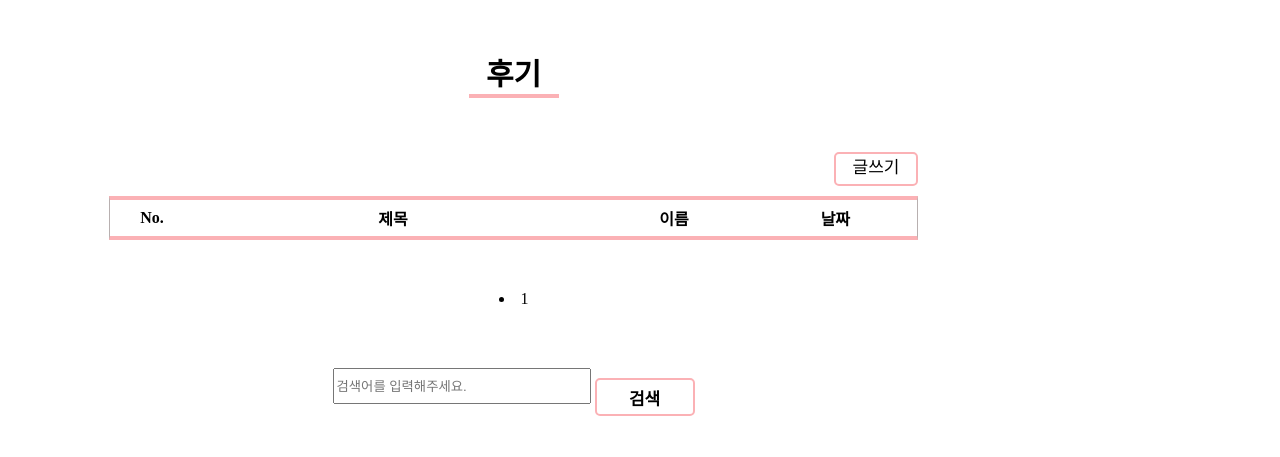
Repository: seugju/HSDsemi
Page: http://localhost/studioMood/postList?reqPage=1
An editor plug-in stored every save of this project. The page is shown before and after the next save, followed by the edit.
The browser window is 1280 px wide. The pictures show the whole page.
The page is served by Tomcat 9. Other server files are loaded and not shown. Queries for data that is not in the repository find no rows.

Above is the page before, as saved 2020-11-25 06:24:53.

### project-workspace/studioMood/WebContent/WEB-INF/views/post/postList.jsp
<%@page import="member.model.vo.Member"%>
<%@page import="java.util.ArrayList"%>
<%@page import="post.model.vo.Post"%>
<%@ page language="java" contentType="text/html; charset=UTF-8"
    pageEncoding="UTF-8"%>
    <%
    ArrayList<Post> list = (ArrayList<Post>)request.getAttribute("list");
    String pageNavi = (String)request.getAttribute("pageNavi");
    Member m = (Member)session.getAttribute("member");
    %>
<!DOCTYPE html PUBLIC "-//W3C//DTD HTML 4.01 Transitional//EN" "http://www.w3.org/TR/html4/loose.dtd">
<html>
<head>
<meta http-equiv="Content-Type" content="text/html; charset=UTF-8">
<title>Insert title here</title>
   <style>
        .content{
            width: 80%;

        }
        .content *{
            margin: 0 auto;
        }
        .pink{
            margin-top: 50px;
            width: 90px;
            text-align: center;
            font-weight: bold;
            font-size: 30px;
            border-bottom: 4px solid #FBB1B5;
        }
         .post-table>tbody>tr>td{
            border-top: 1px solid #b8b0b0;
        }
        .post-table{
            width: 80%;
            border-top: 4px solid #FBB1B5;
            border-left: 1px solid #b8b0b0;
            border-bottom: 4px solid #FBB1B5;
            border-right: 1px solid #b8b0b0;
        }
        .post-table>tbody>tr>td{
         text-align: center;
        }
       .post-table>tbody>tr>td>a{
       text-decoration: none;
            color: black;

       }
        .post-table>tbody>tr>th{
        height : 30px;
        }
       .write>a{
            text-decoration: none;
            color: black;
            display: inline-block;
            width: 80px;
            height: 30px;
            line-height: 28px;
            font-size: 17px;
            text-align: center;
            background-color: white;
            border: 2px solid #FBB1B5;
            border-radius: 5px;
        }
        .write{
            width: 80%;
            text-align: right;
            margin-bottom: 10px;
        }
        .post{
            width: 80%;
            text-align: center;
        }
        .search-text{
            width: 250px;
            height: 30px;
        }
        .btn-post{
            margin-top: 20px;
            width: 100px;
            height: 38px;
            font-weight: bold;
            font-size: 17px;
            background-color: white;
            border: 2px solid #FBB1B5;
            border-radius: 5px;
            vertical-align:middle;
        }
        #pageNavi{
            text-align: center;
            margin: 50px;
        }
    </style>
</head>
<body>
  <div class="content">
   <section>
       <div class="pink">후기</div>
       <br>
       <br>
       <br>

       <%//if(m!=null && m.getMemberLevel()==1) {%>
       <div class="write">
       <a href="/postWriterFrm" class="write-btn">글쓰기</a>
       </div>
       <%//} %>
       <table class="post-table">
           <tr>
               <th width="10%">No.</th>
               <th width="50%">제목</th>
               <th width="20%;">이름</th>
               <th width="20%;">날짜</th>
           </tr>
           <%for(Post p : list) {%>
          <tr>
               <td><%=p.getpNum() %></td>
               <td><a href="/postView?postNo=<%=p.getPostNo()%>"><%=p.getPostTitle() %></a></td>
               <td><%=p.getPostWriter() %></td>
               <td><%=p.getPDate() %></td>
           </tr>
           <%} %>
       </table>
       <div id="pageNavi"><%=pageNavi %></div>
       <div class="post">
       <form action="" method="get" id="search">
       <input type="text" placeholder="검색어를 입력해주세요." class="search-text">
       <input type="submit" value="검색" class="btn-post">
       </form>
       </div>
   </section>
    </div>
</body>
</html>

### project-workspace/studioMood/src/post/controller/PostListServlet.java
package post.controller;

import java.io.IOException;

import javax.servlet.RequestDispatcher;
import javax.servlet.ServletException;
import javax.servlet.annotation.WebServlet;
import javax.servlet.http.HttpServlet;
import javax.servlet.http.HttpServletRequest;
import javax.servlet.http.HttpServletResponse;

import post.model.service.PostService;
import post.model.vo.PostPageData;

/**
 * Servlet implementation class PostListServlet
 */
@WebServlet(name = "PostList", urlPatterns = { "/postList" })
public class PostListServlet extends HttpServlet {
	private static final long serialVersionUID = 1L;

    /**
     * @see HttpServlet#HttpServlet()
     */
    public PostListServlet() {
        super();
        // TODO Auto-generated constructor stub
    }

	/**
	 * @see HttpServlet#doGet(HttpServletRequest request, HttpServletResponse response)
	 */
	protected void doGet(HttpServletRequest request, HttpServletResponse response) throws ServletException, IOException {
		//1. 인코딩
		request.setCharacterEncoding("utf-8");
		//2. view에서 ~~
		int reqPage = Integer.parseInt(request.getParameter("reqPage"));
		//3.비지니스 로직
		PostPageData ppd = new PostService().selectList(reqPage);
		//4. 결과처리
		RequestDispatcher rd = request.getRequestDispatcher("/WEB-INF/views/post/postList.jsp");
		request.setAttribute("list", ppd.getList());
		request.setAttribute("pageNavi", ppd.getPageNavi());
		rd.forward(request, response);
	}

	/**
	 * @see HttpServlet#doPost(HttpServletRequest request, HttpServletResponse response)
	 */
	protected void doPost(HttpServletRequest request, HttpServletResponse response) throws ServletException, IOException {
		// TODO Auto-generated method stub
		doGet(request, response);
	}

}

### project-workspace/studioMood/src/post/model/service/PostService.java
package post.model.service;

import java.sql.Connection;
import java.sql.ResultSet;
import java.util.ArrayList;

import org.apache.tomcat.dbcp.dbcp2.Jdbc41Bridge;

import common.JDBCTemplate;
import post.model.dao.PostDao;
import post.model.vo.Post;
import post.model.vo.PostComment;
import post.model.vo.PostPageData;
import post.model.vo.PostViewData;

public class PostService {

	public PostPageData selectList(int reqPage) {
		Connection conn = JDBCTemplate.getConnection();
		PostDao dao = new PostDao();
		int totalCount = dao.totalCount(conn);
		int numPerPage = 20;
		int totalPage = 0;
		if(totalCount%numPerPage == 0) {
			totalPage = totalCount / numPerPage;
		}else {
			totalPage = totalCount/ numPerPage+1;
		}
		int start = (reqPage-1)*numPerPage +1;
		int end = reqPage*numPerPage;

		ArrayList<Post> list = new PostDao().selectList(conn,start,end);

		int pageNaviSize = 5;
		String pageNavi="";

		int pageNo = reqPage-2;
		if(reqPage <=3) {
			pageNo=1;
		}else if(pageNo>totalPage-4){
			pageNo = totalPage-4;
		}
		if(pageNo != 1) {
			pageNavi += "<li class='page-item'><a class='page-link' href='/postList?reqPage="+(pageNo-1)+"'>이전</a></li>";
		}
		for(int i=0; i<pageNaviSize;i++) {
			if(reqPage == pageNo) {
				pageNavi += "<li class='page-item'><span class='selectPage page-link'>"+pageNo+"</spna></li>";
			}else {
				pageNavi +="<li class='page-item'><a class='page-link' href='/postList?reqPage="+pageNo+"'>"+pageNo+"</a></li>";
			}
			pageNo++;
			if(pageNo > totalPage) {
				break;
			}
		}
		if(pageNo <= totalPage) {
			pageNavi += "<li class='page-item'><a class='page-link' href='/postList?reqPage="+pageNo+"'>다음</a></li>";
		}
		PostPageData ppd = new PostPageData(list, pageNavi);
		JDBCTemplate.close(conn);
		//여기만큼씩
		//할수있죠??글쎄요... 해볼게요일단...ㅠㅠㅠㅠㄴ ㅇㅇ 이미 다른거만들어져있어서 어디에 뭐가필요한지정리마하면될것같아요
		//네ㅠㅠ
		return ppd;
	}

	public int insertPost(Post p) {
		Connection conn = JDBCTemplate.getConnection();
		int result = new PostDao().insertPost(conn, p);
		if(result>0) {
			JDBCTemplate.commit(conn);
		}else {
			JDBCTemplate.rollback(conn);
		}
		JDBCTemplate.close(conn);
		return result;
	}

	public int updatePost(Post p) {
		Connection conn = JDBCTemplate.getConnection();
		int result = new PostDao().updatePost(conn, p);
		if(result>0) {
			JDBCTemplate.commit(conn);
		}else {
			JDBCTemplate.rollback(conn);
		}
		JDBCTemplate.close(conn);
		return result;
	}

	public Post selectOnePost(int postNo) {
		Connection conn = JDBCTemplate.getConnection();
		Post p = new PostDao().selectPost(conn, postNo);
		if(p != null) {
			JDBCTemplate.commit(conn);
		}else {
			JDBCTemplate.rollback(conn);
		}
		JDBCTemplate.close(conn);
		return p;
	}

	public PostViewData selectPostView(int postNo) {
		Connection conn = JDBCTemplate.getConnection();
		Post p = new PostDao().selectPost(conn, postNo);
		ArrayList<PostComment> list = new PostDao().selectPostCommentlist(conn, postNo);
		JDBCTemplate.close(conn);
		PostViewData pvd = new PostViewData(p, list);
		return pvd;
	}

	public int deletePost(int postNo) {
		Connection conn = JDBCTemplate.getConnection();
		int result = new PostDao().deletePost(conn, postNo);
		if(result>0) {
			JDBCTemplate.commit(conn);
		}else {
			JDBCTemplate.rollback(conn);
		}
		JDBCTemplate.close(conn);
		return result;
	}

	public int insertPostComment(PostComment pc) {
		Connection conn = JDBCTemplate.getConnection();
		int result = new PostDao().insertPostComment(conn, pc);
		if(result>0) {
			JDBCTemplate.commit(conn);
		}else {
			JDBCTemplate.rollback(conn);
		}
		JDBCTemplate.close(conn);
		return result;
	}

	public int postCommentUpdate(int postCommentNo, String postCommentContent) {
		Connection conn = JDBCTemplate.getConnection();
		int result = new PostDao().postCommentUpdate(conn, postCommentNo, postCommentContent);
		if(result>0) {
			JDBCTemplate.commit(conn);
		}else {
			JDBCTemplate.rollback(conn);
		}
		JDBCTemplate.close(conn);
		return result;
	}

	public int postCommentDelete(int postCommentNo) {
		Connection conn = JDBCTemplate.getConnection();
		int result = new PostDao().postCommentDelete(conn, postCommentNo);
		if(result>0) {
			JDBCTemplate.commit(conn);
		}else {
			JDBCTemplate.rollback(conn);
		}
		JDBCTemplate.close(conn);
		return result;
	}

	public PostPageData postSearchKeyword(int reqPage, String keyword, String type) {
		Connection conn = JDBCTemplate.getConnection();
		ArrayList<Post> list = null;
		PostPageData ppd = null;
		if(type.equals("postTitle")) {
			System.out.println("제목으로 검");
			//여기서 제목으로 검색할 때 필요한거 전부다 제작(totalCount, ArrayList<Post>, pageNavi)
			//여기 한영이안되네 -> 여기 이프, 엘스이프가 다 리스트구하는 만큼씩 나올꺼에요
			int totalCount = new PostDao().searchTitleCount(conn, keyword);
			int numPerPage = 20;
			int totalPage = 0;
			if(totalCount%numPerPage == 0) {
				totalPage = totalCount / numPerPage;
			}else {
				totalPage = totalCount/ numPerPage+1;
			}
			int start = (reqPage-1)*numPerPage +1;
			int end = reqPage*numPerPage;

			ArrayList<Post> titlelist = new PostDao().searchTitleList(conn,start,end, keyword);
			for(Post p : titlelist) {
				System.out.println(1);
				System.out.println(p.getPDate());
			}
			int pageNaviSize = 5;
			String pageNavi="";

			int pageNo = reqPage-2;
			if(reqPage <=3) {
				pageNo=1;
			}else if(pageNo>totalPage-4){
				pageNo = totalPage-4;
			}
			if(pageNo != 1) {
				pageNavi += "<li class='page-item'><a class='page-link' href='/postSearchKeyword?reqPage="+(pageNo-1)+"&type=postTitle&keyword="+keyword+"'>이전</a></li>";
			}
			for(int i=0; i<pageNaviSize;i++) {
				if(reqPage == pageNo) {
					pageNavi += "<li class='page-item'><span class='selectPage page-link'>"+pageNo+"</spna></li>";
				}else {
					pageNavi +="<li class='page-item'><a class='page-link' href='/postSearchKeyword?reqPage="+pageNo+"&type=postTitle&keyword="+keyword+"'>"+pageNo+"</a></li>";
				}
				pageNo++;
				if(pageNo > totalPage) {
					break;
				}
			}
			if(pageNo <= totalPage) {
				pageNavi += "<li class='page-item'><a class='page-link' href='/postSearchKeyword?reqPage="+pageNo+"&type=postTitle&keyword="+keyword+"'>다음</a></li>";
			}
			ppd = new PostPageData(titlelist, pageNavi);
		}else if(type.equals("postWriter")) {
			System.out.println("writer");
			//여기서 작성자로 검색할 때 필요한거 전부다 제작(totalCount, ArrayList<Post>, pageNavi)
			int totalCount = new PostDao().searchWriterCount(conn, keyword);
			int numPerPage = 20;
			int totalPage = 0;
			if(totalCount%numPerPage == 0) {
				totalPage = totalCount / numPerPage;
			}else {
				totalPage = totalCount/ numPerPage+1;
			}
			int start = (reqPage-1)*numPerPage +1;
			int end = reqPage*numPerPage;

			ArrayList<Post> writerlist = new PostDao().searchWriterList(conn,start,end, keyword);
			int pageNaviSize = 5;
			String pageNavi="";

			int pageNo = reqPage-2;
			if(reqPage <=3) {
				pageNo=1;
			}else if(pageNo>totalPage-4){
				pageNo = totalPage-4;
			}
			if(pageNo != 1) {
				pageNavi += "<li class='page-item'><a class='page-link' href='/postSearchKeyword?reqPage="+(pageNo-1)+"&type=postWriter&keyword="+keyword+"'>이전</a></li>";
			}
			for(int i=0; i<pageNaviSize;i++) {
				if(reqPage == pageNo) {
					pageNavi += "<li class='page-item'><span class='page-link selectPage'>"+pageNo+"</spna></li>";
				}else {
					pageNavi +="<li class='page-item'><a class='page-link' href='/postSearchKeyword?reqPage="+pageNo+"&type=postWriter&keyword="+keyword+"'>"+pageNo+"</a></li>";
				}
				pageNo++;
				if(pageNo > totalPage) {
					break;
				}
			}
			if(pageNo <= totalPage) {
				pageNavi += "<li class='page-item'><a class='page-link' href='/postSearchKeyword?reqPage="+pageNo+"&type=postWriter&keyword="+keyword+"'>다음</a></li>";
			}
			ppd = new PostPageData(writerlist, pageNavi);
		}
		JDBCTemplate.close(conn);
		return ppd;
	}


}

### project-workspace/studioMood/src/common/JDBCTemplate.java
package common;

import java.sql.Connection;
import java.sql.DriverManager;
import java.sql.ResultSet;
import java.sql.SQLException;
import java.sql.Statement;

//데이터베이스 코드 중 중복부분 처리 클래스 제작
//싱글톤(singleTon) : 클래스에 대한 객체가 포로그램 구동내내 한개만 작성되어 모두 공유하여 사용하는 디자인 패턴

public class JDBCTemplate {

	//리턴타입을 static으로 지정

	//1. Driver등록, Connection객체 생성 --------------------------------------------------------------
	public static Connection getConnection() {
		Connection conn = null;
		try {
			Class.forName("oracle.jdbc.driver.OracleDriver");
			conn = DriverManager.getConnection("jdbc:oracle:thin:@1.220.236.74:15213:xe","HSDsemi","1234");

			//자동 오토 커밋이 설정되어있다.
			conn.setAutoCommit(false); //자동 커밋 설정 해지

		} catch (ClassNotFoundException e) {
			// TODO Auto-generated catch block
			e.printStackTrace();
		} catch (SQLException e) {
			// TODO Auto-generated catch block
			e.printStackTrace();
		}
		return conn;
	}


	//2. Connection Close --------------------------------------------------------------------
	//같은 메소드명(close) - 다른 매개변수 : 오버로딩
	public static void close(Connection conn) {
		try {
			if(conn != null && !conn.isClosed()) { //값이 null이 아니면서 닫혀있지 않을 때
				conn.close();
			}

		} catch (SQLException e) {
			// TODO Auto-generated catch block
			e.printStackTrace();
		}
	}


	//같은 메소드명(close) - 다른 매개변수 : 오버로딩
	public static void close(Statement stmt) {
		try {
			if(stmt != null && !stmt.isClosed()) { ////값이 null이 아니면서 닫혀있지 않을 때
				stmt.close();
			}
		} catch (SQLException e) {
			// TODO Auto-generated catch block
			e.printStackTrace();
		}
	}

	//PreparedStatement는 만들지 않아도 된다. 다형성에 의해 Statement로 처리된다.


	//같은 메소드명(close) - 다른 매개변수 : 오버로딩
	public static void close(ResultSet rset) {
		try {
			if (rset != null && !rset.isClosed()) { // 값이 null이 아니면서 닫혀있지 않을 때
				rset.close();
			}
		} catch (SQLException e) {
			// TODO Auto-generated catch block
			e.printStackTrace();
		}
	}


	//3. commit, rollback ---------------------------------------------------------------
	public static void commit(Connection conn) {
		try {
			if(conn != null && !conn.isClosed()) {
				conn.commit();
			}
		} catch (SQLException e) {
			// TODO Auto-generated catch block
			e.printStackTrace();
		}
	}

	public static void rollback(Connection conn) {
		try {

			if(conn != null && !conn.isClosed()) {
				conn.rollback();
			}

		} catch (SQLException e) {
			// TODO Auto-generated catch block
			e.printStackTrace();
		}
	}


}

### project-workspace/studioMood/src/post/model/vo/PostPageData.java
package post.model.vo;

import java.util.ArrayList;

public class PostPageData {
	private ArrayList<Post> list;
	private String pageNavi;
	public PostPageData() {
		super();
		// TODO Auto-generated constructor stub
	}
	public PostPageData(ArrayList<Post> list, String pageNavi) {
		super();
		this.list = list;
		this.pageNavi = pageNavi;
	}
	public ArrayList<Post> getList() {
		return list;
	}
	public void setList(ArrayList<Post> list) {
		this.list = list;
	}
	public String getPageNavi() {
		return pageNavi;
	}
	public void setPageNavi(String pageNavi) {
		this.pageNavi = pageNavi;
	}

}

Loaded but not shown: project-workspace/studioMood/src/post/model/dao/PostDao.java (409 lines, source omitted)

After the next save:
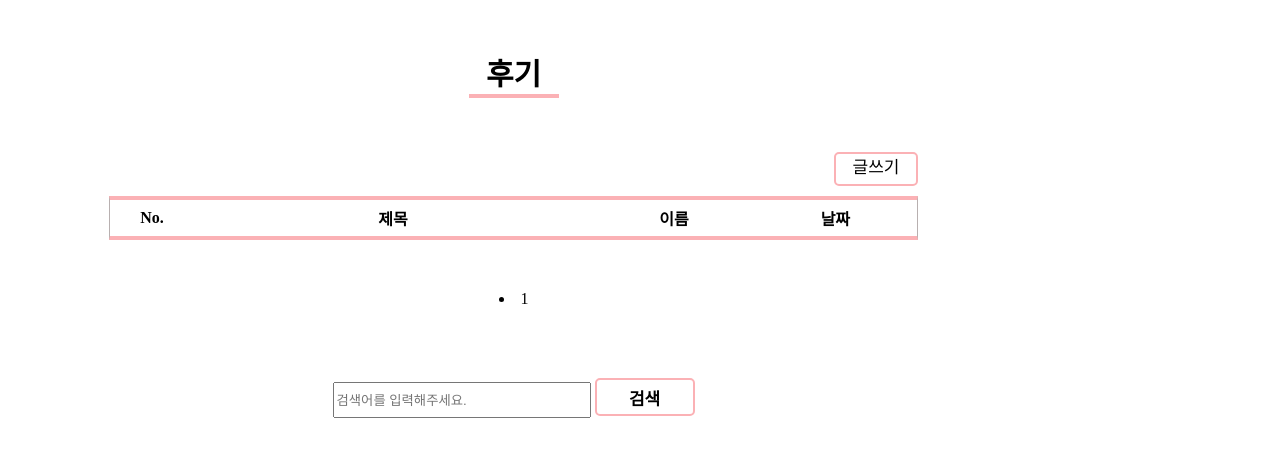
Saved 17 s later.
--- a/project-workspace/studioMood/WebContent/WEB-INF/views/post/postList.jsp
+++ b/project-workspace/studioMood/WebContent/WEB-INF/views/post/postList.jsp
@@ -85,7 +85,6 @@
             background-color: white;
             border: 2px solid #FBB1B5;
             border-radius: 5px;
-            vertical-align:middle;
         }
         #pageNavi{
             text-align: center;
